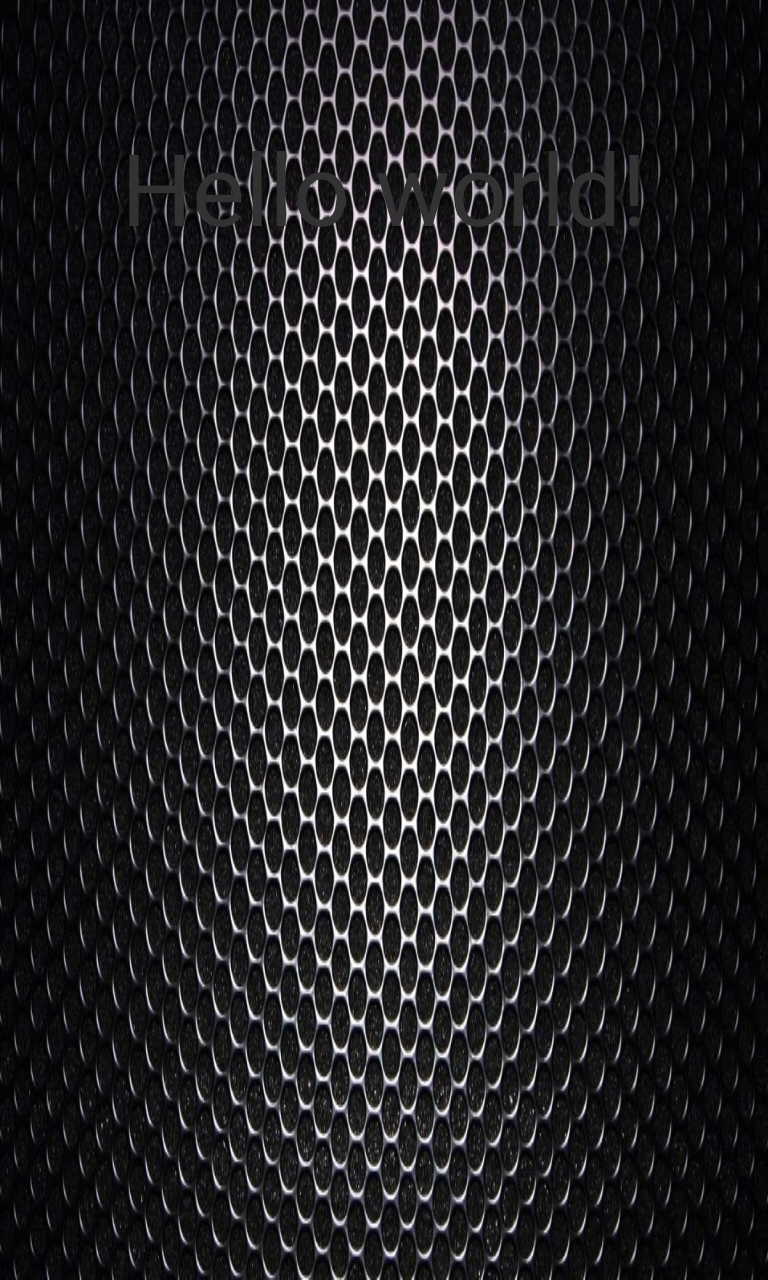
Repository: raquelvillon/BuscaminasLenguajes
Layout: buscaminas/res/layout/activity_main.xml
These files come from the project's save history. The layout is drawn as it stood at one moment and after the next save; the edit follows.
It is drawn on a 768 x 1280 px phone screen (xhdpi) without system bars, with theme AppTheme; the app's code is not run.

Above is the layout before, as saved 2013-11-20 21:33:15.

After the next save:
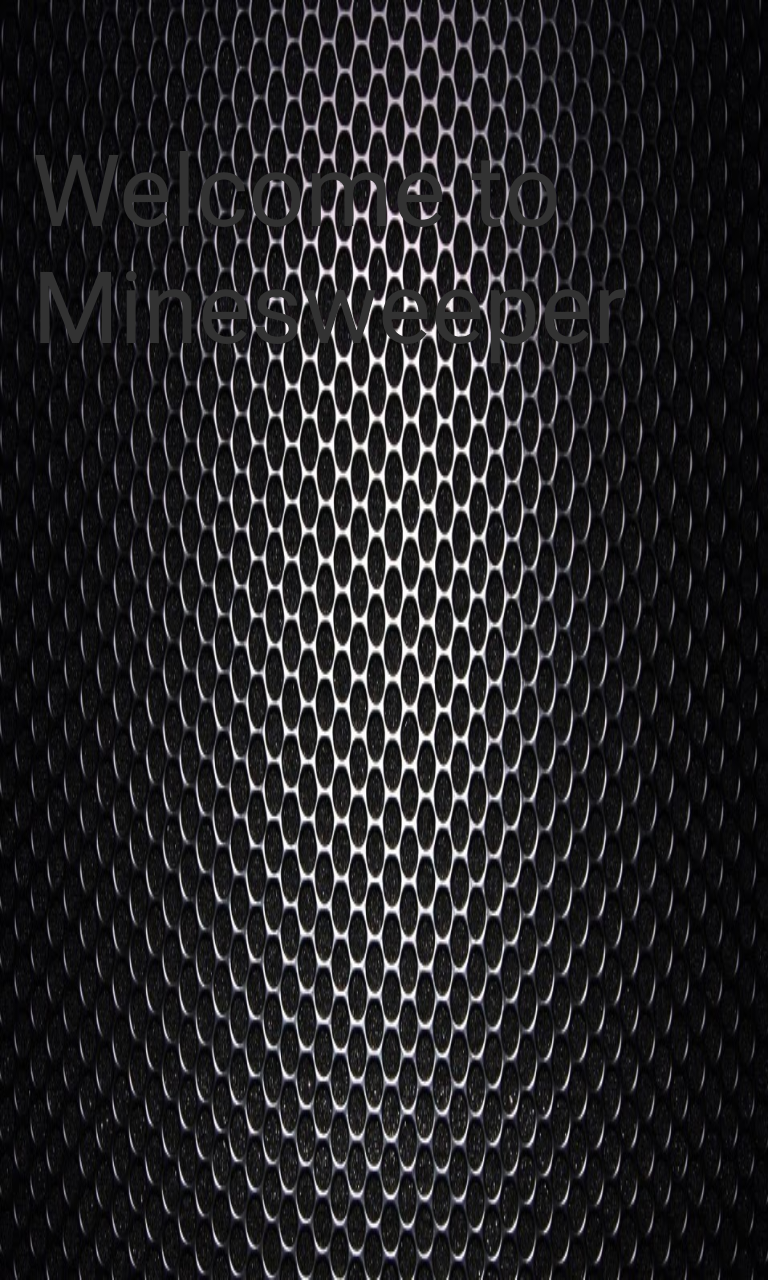
Saved 102 s later.
--- a/buscaminas/res/values/strings.xml
+++ b/buscaminas/res/values/strings.xml
@@ -3,6 +3,6 @@
 
     <string name="app_name">buscaminas</string>
     <string name="action_settings">Settings</string>
-    <string name="hello_world">Hello world!</string>
+    <string name="hello_world">Welcome to Minesweeper</string>
 
 </resources>
